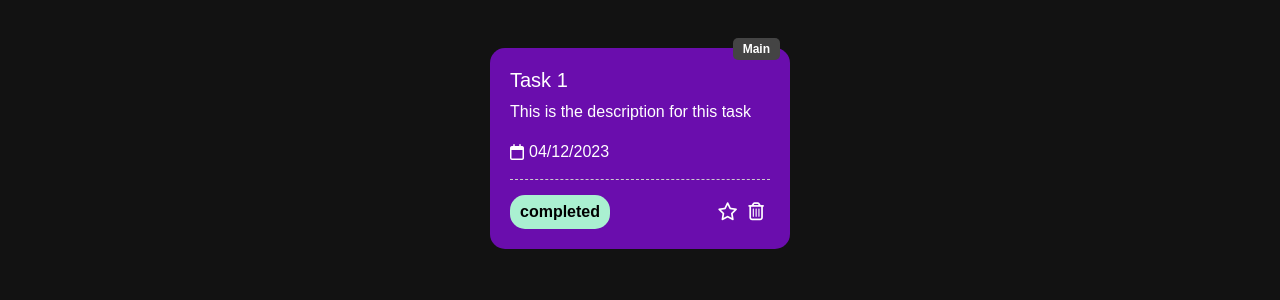
Repository: Surahailat/TypeScript
Page: Mini project 10-3/test.html
These files come from the project's save history. The page is drawn as it stood at one moment and after the next save; the edit follows.
The browser window is 1280 px wide. The pictures show the whole page.

Above is the page before, as saved 2025-03-10 21:55:06.

After the next save:
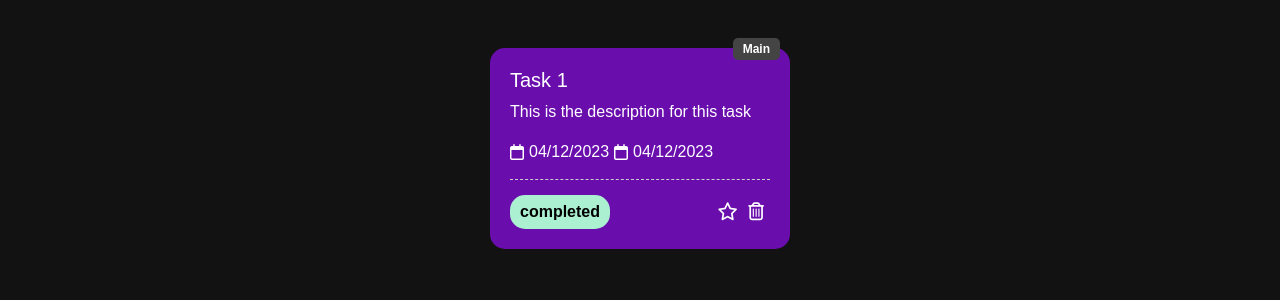
Saved 5 s later.
--- a/Mini project 10-3/test.html
+++ b/Mini project 10-3/test.html
@@ -76,6 +76,8 @@
         <div class="date">
             <i class="fa-regular fa-calendar"></i>
             <span>04/12/2023</span>
+            <i class="fa-regular fa-calendar"></i>
+            <span>04/12/2023</span>
         </div>
 
         <div class="divider"></div>
